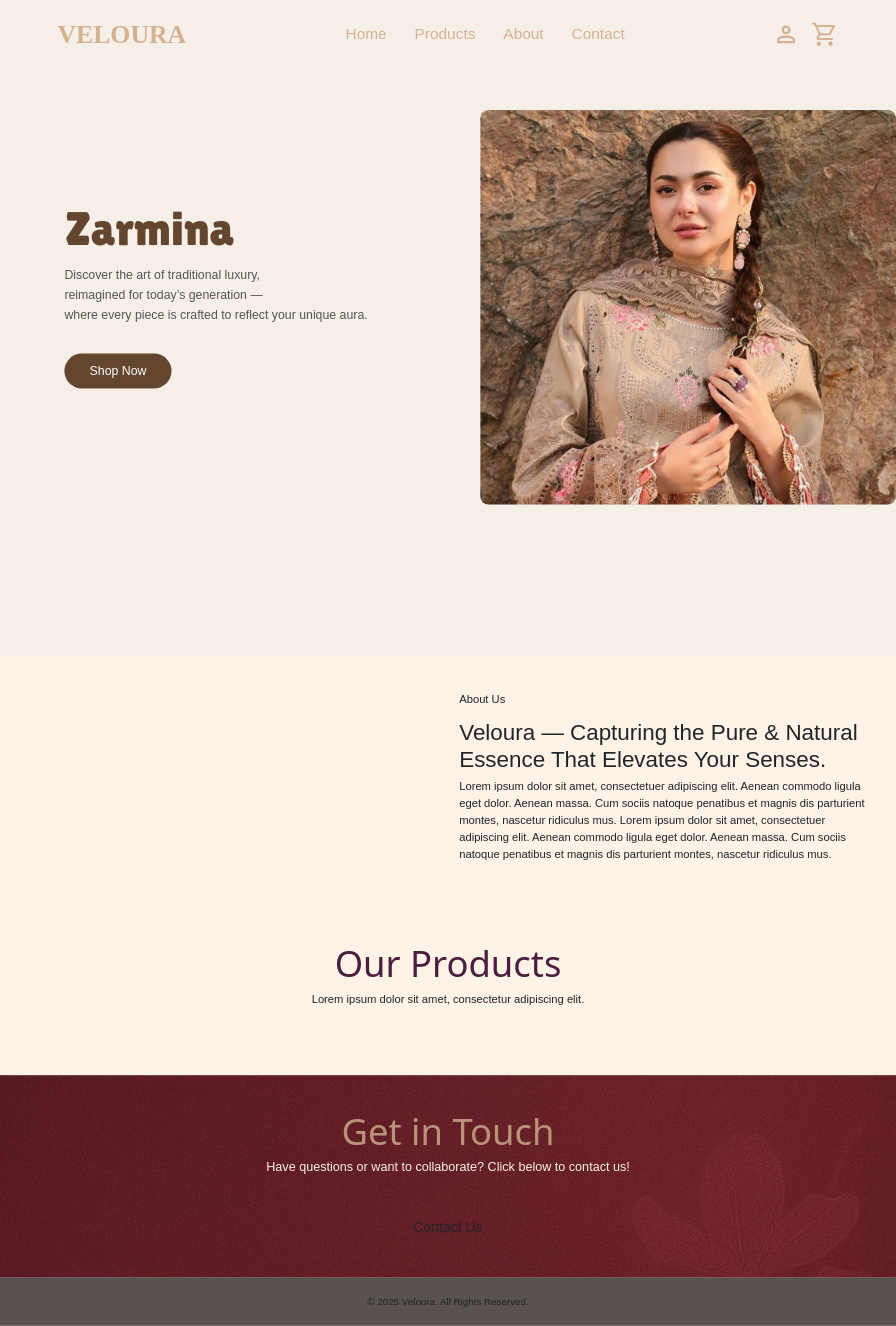
Repository: ayeshatehreem77/Clothing-store
Page: / (app in perfumes-app/)
The author's editor kept a copy of each file at every save. The page is drawn from the files as they stood at one save, then again after the next save.
The browser window is 1280 px wide. The pictures show the whole page, at 70% of full size.
Pictures or frames that could not be fetched are drawn as grey boxes. The page's requests for data from a server got no answer. Some web fonts or font styles are not loaded; a fallback is used. The project was rebuilt for these pictures with package versions that can differ from the ones it lists, and the page was loaded fresh each time. No one was signed in, and anything a server would have sent is missing. Also part of the build but not shown: perfumes-app/src/components/Alert.js.

Above is the page before, as saved 2025-10-28 23:55:47.

### perfumes-app/public/index.html
<!DOCTYPE html>
<html lang="en">

<head>
  <meta charset="utf-8" />
  <link rel="icon" href="%PUBLIC_URL%/favicon.ico" />
  <meta name="viewport" content="width=device-width, initial-scale=1" />
  <meta name="theme-color" content="#000000" />
  <meta name="description" content="Web site created using create-react-app" />
  <link rel="apple-touch-icon" href="%PUBLIC_URL%/logo192.png" />
  <!--
      manifest.json provides metadata used when your web app is installed on a
      user's mobile device or desktop. See https://developers.google.com/web/fundamentals/web-app-manifest/
    -->
  <link rel="manifest" href="%PUBLIC_URL%/manifest.json" />

  <title>Zarmina</title>

  <link rel="preconnect" href="https://fonts.googleapis.com">
  <link rel="preconnect" href="https://fonts.gstatic.com" crossorigin>
  <link href="https://fonts.googleapis.com/css2?family=Libertinus+Serif+Display&family=Lilita+One&display=swap"
    rel="stylesheet">

</head>

<body>
  <noscript>You need to enable JavaScript to run this app.</noscript>
  <div id="root"></div>
  <!--
      This HTML file is a template.
      If you open it directly in the browser, you will see an empty page.

      You can add webfonts, meta tags, or analytics to this file.
      The build step will place the bundled scripts into the <body> tag.

      To begin the development, run `npm start` or `yarn start`.
      To create a production bundle, use `npm run build` or `yarn build`.
    -->
</body>

</html>

### perfumes-app/src/index.js
import React from 'react';
import ReactDOM from 'react-dom/client';
import './index.css';
import 'bootstrap/dist/css/bootstrap.min.css';
import 'bootstrap/dist/js/bootstrap.bundle.min.js';
import App from './App';
import reportWebVitals from './reportWebVitals';
import { AuthProvider } from './context/AuthContext';

const root = ReactDOM.createRoot(document.getElementById('root'));
root.render(
  <React.StrictMode>
    <AuthProvider>
    <App />
    </AuthProvider>
  </React.StrictMode>
);

// If you want to start measuring performance in your app, pass a function
// to log results (for example: reportWebVitals(console.log))
// or send to an analytics endpoint. Learn more: https://bit.ly/CRA-vitals
reportWebVitals();

### perfumes-app/src/context/AuthContext.js
// src/context/AuthContext.js
import React, { createContext, useState, useEffect } from "react";
import axios from "axios";

export const AuthContext = createContext();

export const AuthProvider = ({ children }) => {
  const [user, setUser] = useState(null);

  // ✅ Fetch user details from backend using token
  const fetchUser = async () => {
    const token = localStorage.getItem("token");
    if (!token) return;

    try {
      const res = await axios.get("http://localhost:4000/auth/user", {
        headers: { Authorization: `Bearer ${token}` },
      });
      setUser(res.data); // { userId, email, role }
    } catch (err) {
      console.error("Failed to fetch user:", err);
      localStorage.removeItem("token");
      setUser(null);
    }
  };

  // ✅ Auto-fetch user on first render (if token exists)
  useEffect(() => {
    fetchUser();
  }, []);

  // ✅ Handle login
  const login = async (email, password) => {
    try {
      const res = await axios.post("http://localhost:4000/auth/login", {
        email,
        password,
      });

      // backend returns { authToken: "..." }
      const token = res.data.authToken;
      if (!token) throw new Error("No token returned");

      localStorage.setItem("token", token);
      await fetchUser(); // instantly update user

      return true; // success
    } catch (err) {
      console.error("Login error:", err.response?.data || err.message);
      throw err.response?.data?.message || "Login failed";
    }
  };

  // ✅ Handle logout
  const logout = () => {
    localStorage.removeItem("token");
    setUser(null);
  };

  return (
    <AuthContext.Provider value={{ user, login, logout, fetchUser }}>
      {children}
    </AuthContext.Provider>
  );
};

### perfumes-app/src/App.css
body {
  font-family: 'Poppins', sans-serif;
  background-color: #FCF2E6;
}

html {
  scroll-behavior: smooth;
}


.veloura-logo {
  font-family: 'Playfair Display', serif;
  font-size: 2.3rem;
  color: #D4B191 !important;
}

.navbar {
  background: transparent !important;
}

button.navbar-toggler {
  border: none !important;
}

.navbar-toggler-icon {
  background-image: url("data:[embedded picture, 222 characters]");
}



.nav-link {
  color: #D4B191 !important;
  font-size: 22px;
}

.hero-section {
  background-color: #f5efe7;
  min-height: 100vh;
  display: flex;
  flex-direction: column;
  font-family: "Poppins", sans-serif;
}

/* =============== HERO LAYOUT =============== */
.hero-layout {
 display: flex;
    justify-content: center;
    align-items: flex-start;
    width: 100%;
    max-width: 1400px;
    height: 100vh;
    margin: 60px 0;

}

/* ---------- Left Section ---------- */
.hero-left {
    flex: 1 1;
    position: relative;
    margin: 133px 0px 0 92px;
}

.main-image {
  width: 100%;
  height: 564px;
  border-radius: 12px;
  overflow: hidden; /* ✅ ensures image stays inside box */
  position: relative;
  background-color: #93c5fd;
}

/* Make image fill box properly */
.main-image img {
  width: 100%;
  height: 100%;
  object-fit: cover; /* ✅ maintains aspect ratio without stretching */
  object-position: center;
  display: block;
}


.side-handle {
  position: absolute;
  left: -50px;
  bottom: 50%;
  transform: rotate(-90deg);
  font-size: 14px;
  color: #555;
  letter-spacing: 2px;
}

/* ---------- Right Section ---------- */
.hero-right {
  flex: 1;
  display: flex;
  flex-direction: column;
  justify-content: space-between;
  gap: 2rem;
}

/* Text Area */
.hero-text h2 {
  font-size: 1.6rem;
  color: #6c6c6c;
  margin-bottom: 5px;
  letter-spacing: 2px;
}

.hero-text h1 {
  font-family: "Lilita One", sans-serif;
  font-weight: 400;
  font-style: normal;
  font-size: 4.2rem;
  color: #64462F;
  line-height: 1.1;
}

.hero-text p {
  font-size: 1.1rem;
  color: #555;
  margin-top: 15px;
  line-height: 1.6;
}

.shop-btn {
  background-color: #64462F;
  color: white;
  border: none;
  padding: 12px 36px;
  border-radius: 40px;
  font-size: 1.1rem;
  margin-top: 25px;
  cursor: pointer;
  transition: background-color 0.3s ease;
}

.shop-btn:hover {
  background-color: #a3846d;
}

/* Small Image Grid */
.image-grid {
  display: grid;
  grid-template-columns: repeat(2, 1fr);
  gap: 20px;
}

.small-box {
  height: 200px;
  background-color: #93c5fd;
  border-radius: 12px;
}

/* =============== RESPONSIVE DESIGN =============== */
@media (max-width: 992px) {
  .hero-layout {
    flex-direction: column;
    text-align: center;
  }

  .side-handle {
    display: none;
  }

  .hero-text h1 {
    font-size: 3rem;
  }

  .main-image {
    height: 400px;
  }
}


.products-section h2 {
  font-family: "Libertinus Serif Display", system-ui;
  font-weight: 400;
  font-style: normal;
  font-size: 52px;
  color: #4B1D3F;
}

.product-card {
  transition: all 0.3s ease-in-out;
  border-radius: 10px;
  background: transparent;
}

.card-img {
  border-radius: 10px;
  /* background: #FCF2E6; */
  background: #4B1D3F;
}

.product-card:hover {
  transform: translateY(-5px);
}

.card-text,
.card-title {
  font-size: 23px;
  color: #4B1D3F;
}

/* about us */

.aboutus {
  display: grid;
  grid-template-columns: 1fr 1fr;
  gap: 2rem;
  align-items: center;
  padding: 2rem;
  background: #FCF2E6;
}

.right-section video {
  width: 70%;
  max-height: 80vh;
  height: 100%;
  object-fit: cover;
  display: block;
}

/* product details */


.modal-header p {
  font-size: 14px;
  color: #451b277a;
}

.product-img {
  width: 100%;
  border-radius: 10px;
}

.product-title {
  font-family: "Libertinus Serif Display", system-ui;
  font-weight: 400;
  font-style: normal;
  font-size: 36px;
  color: #4B1D3F;
}



.modal-content {
  background: #FCF2E6 !important;
  margin: auto !important;
  height: 98vh;
  overflow: hidden;
}

.breadcrumb-item a {
  text-decoration: none !important;
  color: black !important;
}

.modal-dialog {
  max-width: 900px;
  display: flex;
  align-items: center;
  justify-content: center;
  min-height: calc(100vh - 2rem); /* keeps it centered */
}

/* Optional - pretty scrollbar inside modal */
.modal-content::-webkit-scrollbar {
  width: 8px;
}
.modal-content::-webkit-scrollbar-thumb {
  background: #d4b191;
  border-radius: 10px;
}
.modal-content::-webkit-scrollbar-thumb:hover {
  background: #b8937a;
}

.modal-body {
  padding: 2rem !important;
}

.gender,
.concentration {
  background-color: #D4B191;
  border-radius: 21%;
  padding: 6px 11px;
  margin-bottom: 5px;
}

.add-cart-btn {
  margin-top: 1rem;
  background-color: #D4B191;
  padding: 10px 25px;
  color: #451B27;
  font-weight: 600;
}

.product-detail {
  margin-top: 0;
  margin-bottom: 1rem;
  font-size: 13px;
  color: #8b745e;
}

.btn-close:focus {
  box-shadow: none !important;
  outline: none !important;
}

/* contact us */

.contact-us {
  background-image: url("Assets/contactus2-bg.png");
  background-position: center;
  background-repeat: no-repeat;
  background-size: cover;
}

.contact-section h2 {
  font-family: "Libertinus Serif Display", system-ui;
  font-weight: 400;
  font-style: normal;
  font-size: 52px;
  color: #b8937a;
  text-align: center;
}

.contact-section p {
  font-size: 18px;
  color: #FCF2E6;
  /* accent purple */
  margin-bottom: 3rem;
  text-align: center;
}

.contact-form {
  max-width: 600px;
  margin: 0 auto;
  display: grid;
  gap: 1.5rem;
}

.contact-form input,
.contact-form textarea {
  padding: 1rem 1.2rem;
  border: 2px solid #D4B191;
  /* brand pink/gold */
  border-radius: 10px;
  font-size: 16px;
  width: 100%;
  outline: none;
  transition: border 0.3s, box-shadow 0.3s;
}

.contact-form input:focus,
.contact-form textarea:focus {
  border-color: #5E1E27;
  /* pink highlight */
  box-shadow: 0 0 10px rgba(252, 65, 90, 0.2);
}

.contact-form button {
  background-color: #D4B191;
  color: #451B27;
  padding: 1rem 2.5rem;
  font-size: 18px;
  font-weight: 600;
  border: none;
  border-radius: 10px;
  cursor: pointer;
  transition: transform 0.3s, background 0.3s;
}

.contact-form button:hover {
  background-color: #5E1E27;
  color: #fff;
  transform: scale(1.05);
}

/* Responsive */
@media (max-width: 768px) {
  .contact-form {
    gap: 1rem;
  }

  .contact-section h2 {
    font-size: 36px;
  }

  .contact-section p {
    font-size: 16px;
  }
}

/* Copyright */

footer {
  position: relative;
  bottom: 0;
  width: 100%;
  background-color: #0b0708ac;
}

/* login modal */

.auth-modal-content {
  background-color: #fdf7f2 !important;
  border-radius: 16px;
  border: none;
  box-shadow: 0 4px 20px rgba(0, 0, 0, 0.1);
  height: 90vh !important;
  width: 70%;
}

.auth-title {
  color: #4c0d23;
  font-weight: 700;
}

.auth-login-btn {
  background-color: #4c0d23;
  color: #fff;
  border-radius: 12px;
  transition: background-color 0.3s ease;
}

.auth-login-btn:hover {
  background-color: #300818;
}

.auth-signup-btn {
  border: 2px solid #b8860b;
  color: #b8860b;
  border-radius: 12px;
  background-color: transparent;
  transition: all 0.3s ease;
}

.auth-signup-btn:hover {
  background-color: #b8860b;
  color: #fff;
}

.auth-forgot-link {
  color: #4c0d23;
  text-decoration: none;
  font-weight: 500;
}

.auth-forgot-link:hover {
  text-decoration: underline;
}

.authfade-enter {
  opacity: 0;
  transform: translateY(10px);
}
.authfade-enter-active {
  opacity: 1;
  transform: translateY(0);
  transition: opacity 300ms ease, transform 300ms ease;
}
.authfade-exit {
  opacity: 1;
  transform: translateY(0);
}
.authfade-exit-active {
  opacity: 0;
  transform: translateY(-10px);
  transition: opacity 300ms ease, transform 300ms ease;
}

### perfumes-app/src/components/Aboutus.js
import React, { useEffect, useRef } from 'react';

function Aboutus() {
  const videoRef = useRef(null);

  useEffect(() => {
    if (videoRef.current) {
      const playPromise = videoRef.current.play();
      if (playPromise !== undefined) {
        playPromise.catch((error) => {
          console.log("Autoplay prevented:", error);
        });
      }
    }
  }, []);

  return (
    <div id='about' className="aboutus" style={{  }}>
      <div className="right-section">
        <video
          ref={videoRef}
          autoPlay
          muted
          loop
          playsInline
          style={{ width: "100%", height: "auto", borderRadius: "12px", objectFit: "cover" }}
        >
          <source src="/assets/aboutusvideo.mp4" type="video/mp4" />
          Your browser does not support the video tag.
        </video>
      </div>
      <div className="left-section">
        <p>About Us</p>
        <h2>
          Veloura — Capturing the Pure & Natural Essence That Elevates Your Senses.
        </h2>
        <p>Lorem ipsum dolor sit amet, consectetuer adipiscing elit. Aenean commodo ligula eget dolor. Aenean massa. Cum sociis natoque penatibus et magnis dis parturient montes, nascetur ridiculus mus. Lorem ipsum dolor sit amet, consectetuer adipiscing elit. Aenean commodo ligula eget dolor. Aenean massa. Cum sociis natoque penatibus et magnis dis parturient montes, nascetur ridiculus mus. </p>
      </div>
    </div>
  );
}

export default Aboutus;

### perfumes-app/src/components/ContactForm.js
import React from 'react'

function ContactForm() {
  return (
    <div className='contact-us align-center text-center'>
        <div className='contact-section pt-5'>
      <h2>
        Get in Touch
      </h2>
      <p>
        Have questions or want to collaborate? Click below to contact us!
      </p>
        </div>
      <button
        type="button"
        className="btn btn-lg shopnow-btn mb-5 mt-0"
        data-bs-toggle="modal"
        data-bs-target="#contactModal"
      >
        Contact Us
      </button>
    </div>
  )
}

export default ContactForm

### perfumes-app/src/components/Footer.js
import React from "react";

function Footer() {
  const year = new Date().getFullYear();

  return (
    <footer
      className="text-center py-4"
    >
      <p style={{ margin: 0, fontSize: "14px" }}>
        &copy; {year} Veloura. All Rights Reserved.
      </p>
    </footer>
  );
}

export default Footer;

### perfumes-app/src/components/Hero.js
import React from "react";
import Navbar from "./Navbar";

function Hero() {
  return (
    <div className="hero-section">
      <Navbar />

      <div className="hero-layout">
        {/* Left Main Image Box */}
        <div className="hero-left">
          <div className="hero-text">
            <h1>Zarmina</h1>
            <p>
              Discover the art of traditional luxury, <br/> reimagined for today’s generation — <br/> where every piece is crafted to reflect your unique aura.
            </p>
            <button className="shop-btn">Shop Now</button>
          </div>
        </div>

        {/* Right Side Content */}
        <div className="hero-right">
          <div className="main-image">
            <img src="assets/hero-img1.jpg" alt="" />
          </div>
        </div>
      </div>
    </div>
  );
}

export default Hero;

### perfumes-app/src/components/Products.js
import React, { useEffect, useState } from "react";

function Products({ setSelectedProduct }) {
  const [products, setProducts] = useState([]);
  const [loading, setLoading] = useState(true);

  useEffect(() => {
    const fetchProducts = async () => {
      try {
        const res = await fetch("http://localhost:4000/products");
        const data = await res.json();
        setProducts(data.data || data);
      } catch (error) {
        console.error("Failed to fetch products:", error);
      } finally {
        setLoading(false);
      }
    };

    fetchProducts();
  }, []);

  if (loading) return <p className="text-center">Loading products...</p>;

  return (
    <div id="products" className="products-section py-5">
      <div className="container w-75">
        <div className="product-text text-center mb-5">
          <h2>Our Products</h2>
          <p className="mx-5 mb-5">
            Lorem ipsum dolor sit amet, consectetur adipiscing elit.
          </p>
        </div>

        <div className="row">
          {products.map((product) => (
            <div className="col-md-4 mb-4" key={product._id}>
              <div
                className="card border-0 product-card h-100"
                data-bs-toggle="modal"
                data-bs-target="#productsDetails"
                onClick={() => setSelectedProduct(product)}
              >
                <img
                  src={`http://localhost:4000${product.images?.[0]?.url}`}
                  className="card-img card-img-top"
                  alt={product.name}
                />
                <div className="card-body text-center">
                  <h5 className="card-title">{product.name}</h5>
                  <p className="card-text">${product.price}</p>
                </div>
              </div>
            </div>
          ))}
        </div>
      </div>
    </div>
  );
}

export default Products;

### perfumes-app/src/components/Navbar.js
import React, { useContext } from "react";
import { AuthContext } from "../context/AuthContext";

function Navbar() {
  const { user, logout } = useContext(AuthContext);

  return (
    <nav className="navbar navbar-expand-lg py-3">
      <div className="container d-flex justify-content-between align-items-center">
        <a className="navbar-brand fw-bold text-uppercase veloura-logo" href="/">
          Veloura
        </a>

        <ul className="navbar-nav mx-auto d-lg-flex flex-row gap-4">
          <li className="nav-item"><a className="nav-link" href="/">Home</a></li>
          <li className="nav-item"><a className="nav-link" href="#products">Products</a></li>
          <li className="nav-item"><a className="nav-link" href="#about">About</a></li>
          <li className="nav-item">
            <a className="nav-link" href="/" data-bs-toggle="modal" data-bs-target="#contactModal">Contact</a>
          </li>
        </ul>

        <div className="d-none d-lg-flex align-items-center gap-3">
            <a
              className="nav-link p-0"
              href="#"
              data-bs-toggle="modal"
              data-bs-target="#authModal"
            >
              <svg xmlns="http://www.w3.org/2000/svg" height="38px" viewBox="0 -960 960 960" width="38px" fill="#D4B191"><path d="M480-480q-66 0-113-47t-47-113q0-66 47-113t113-47q66 0 113 47t47 113q0 66-47 113t-113 47ZM160-160v-112q0-34 17.5-62.5T224-378q62-31 126-46.5T480-440q66 0 130 15.5T736-378q29 15 46.5 43.5T800-272v112H160Zm80-80h480v-32q0-11-5.5-20T700-306q-54-27-109-40.5T480-360q-56 0-111 13.5T260-306q-9 5-14.5 14t-5.5 20v32Zm240-320q33 0 56.5-23.5T560-640q0-33-23.5-56.5T480-720q-33 0-56.5 23.5T400-640q0 33 23.5 56.5T480-560Zm0-80Zm0 400Z" /></svg>
            </a>

          <a
            href="#"
            className="nav-link"
            data-bs-toggle="modal"
            data-bs-target="#cartModal"
          >
            <svg xmlns="http://www.w3.org/2000/svg" height="40px" viewBox="0 -960 960 960" width="40px" fill="#D4B191"><path d="M284.53-80.67q-30.86 0-52.7-21.97Q210-124.62 210-155.47q0-30.86 21.98-52.7Q253.95-230 284.81-230t52.69 21.98q21.83 21.97 21.83 52.83t-21.97 52.69q-21.98 21.83-52.83 21.83Zm400 0q-30.86 0-52.7-21.97Q610-124.62 610-155.47q0-30.86 21.98-52.7Q653.95-230 684.81-230t52.69 21.98q21.83 21.97 21.83 52.83t-21.97 52.69q-21.98 21.83-52.83 21.83ZM238.67-734 344-515.33h285.33l120-218.67H238.67ZM206-800.67h589.38q22.98 0 34.97 20.84 11.98 20.83.32 41.83L693.33-490.67q-11 19.34-28.87 30.67-17.87 11.33-39.13 11.33H324l-52 96h487.33V-286H278q-43 0-63-31.83-20-31.84-.33-68.17l60.66-111.33-149.33-316H47.33V-880h121.34L206-800.67Zm138 285.34h285.33H344Z"/></svg>
          </a>
        </div>
      </div>
    </nav>
  );
}

export default Navbar;

Loaded but not shown: perfumes-app/src/index.css (common file); perfumes-app/src/reportWebVitals.js (common file); perfumes-app/src/components/Login.js (294 lines, source omitted); perfumes-app/src/components/ProductsDetails.js (160 lines, source omitted); perfumes-app/src/components/AddToCart.js (158 lines, source omitted); perfumes-app/src/components/ContactModal.js (121 lines, source omitted); perfumes-app/src/App.js (116 lines, source omitted)

After the next save:
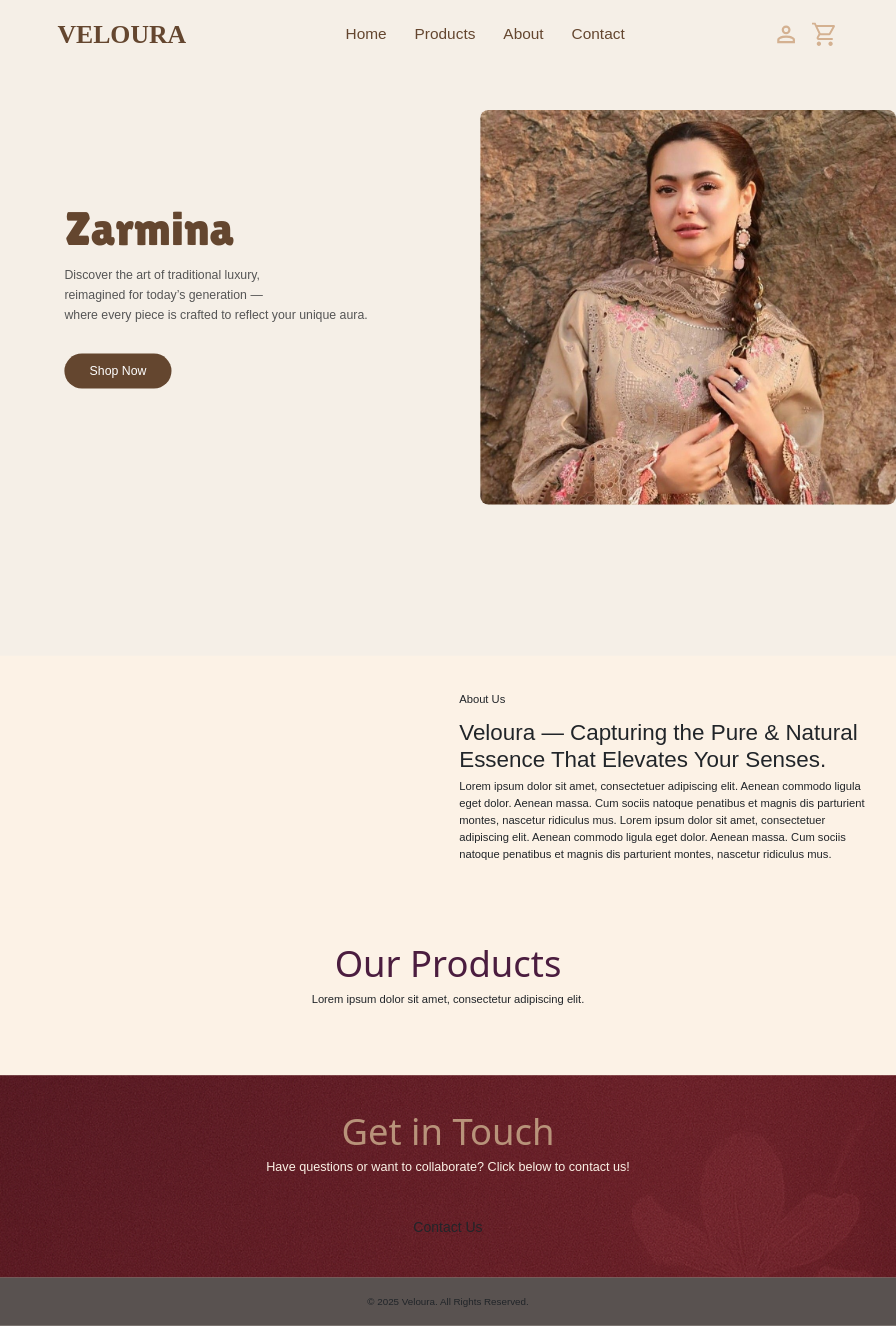
Saved 33 s later.
--- a/perfumes-app/src/App.css
+++ b/perfumes-app/src/App.css
@@ -11,7 +11,7 @@ html {
 .veloura-logo {
   font-family: 'Playfair Display', serif;
   font-size: 2.3rem;
-  color: #D4B191 !important;
+  color: #64462F !important;
 }
 
 .navbar {
@@ -29,7 +29,7 @@ button.navbar-toggler {
 
 
 .nav-link {
-  color: #D4B191 !important;
+  color: #64462F !important;
   font-size: 22px;
 }
 
